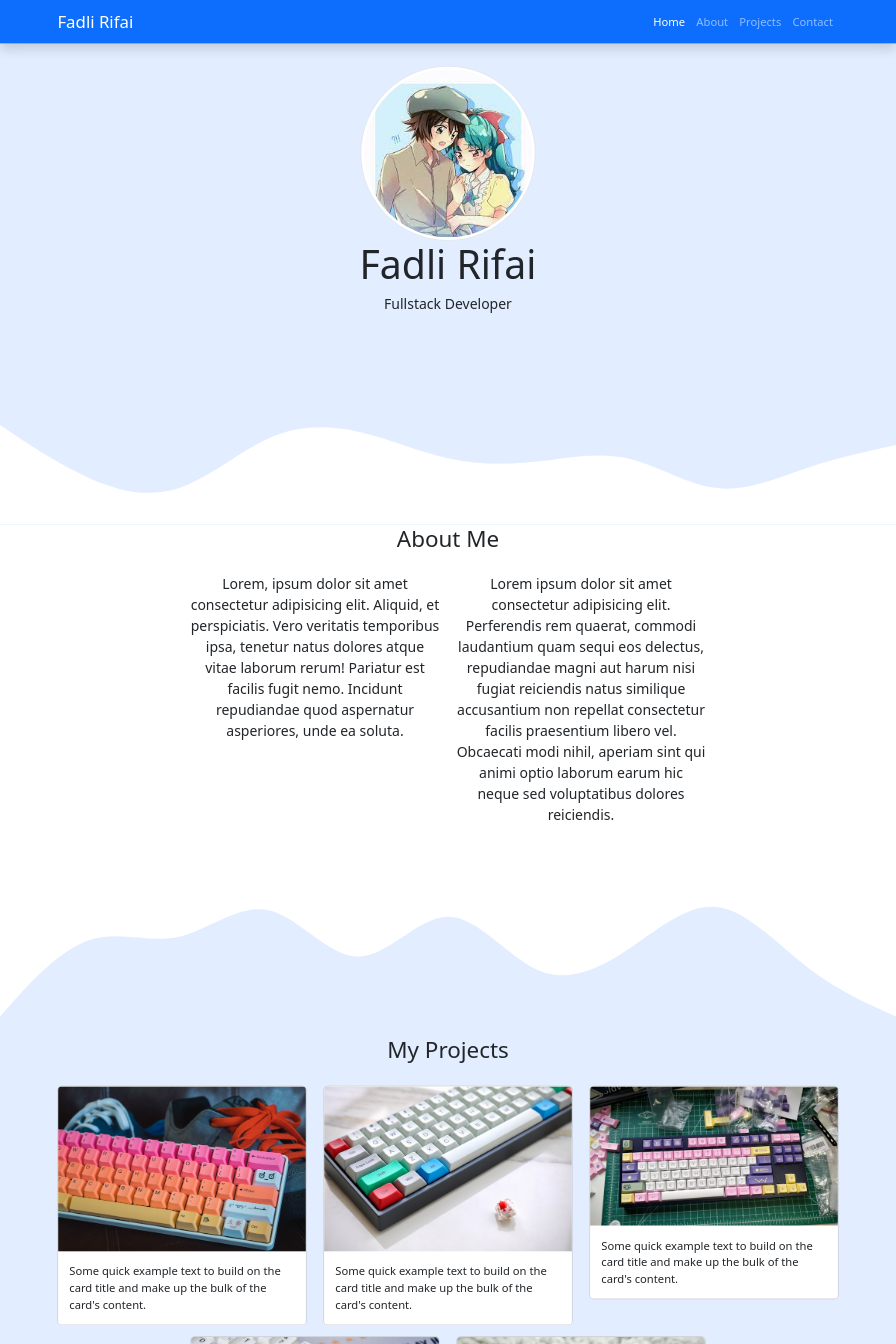
Repository: fadlyyy/fadli-dev.github.io
Page: index.html
These files come from the project's save history. The page is drawn as it stood at one moment and after the next save; the edit follows.
The browser window is 1280 px wide. The pictures show the part of the page from y = 0 to 1920 px (the page is 5000 px tall), at 70% of full size.

Above is the page before, as saved 2024-01-19 15:48:43.

After the next save:
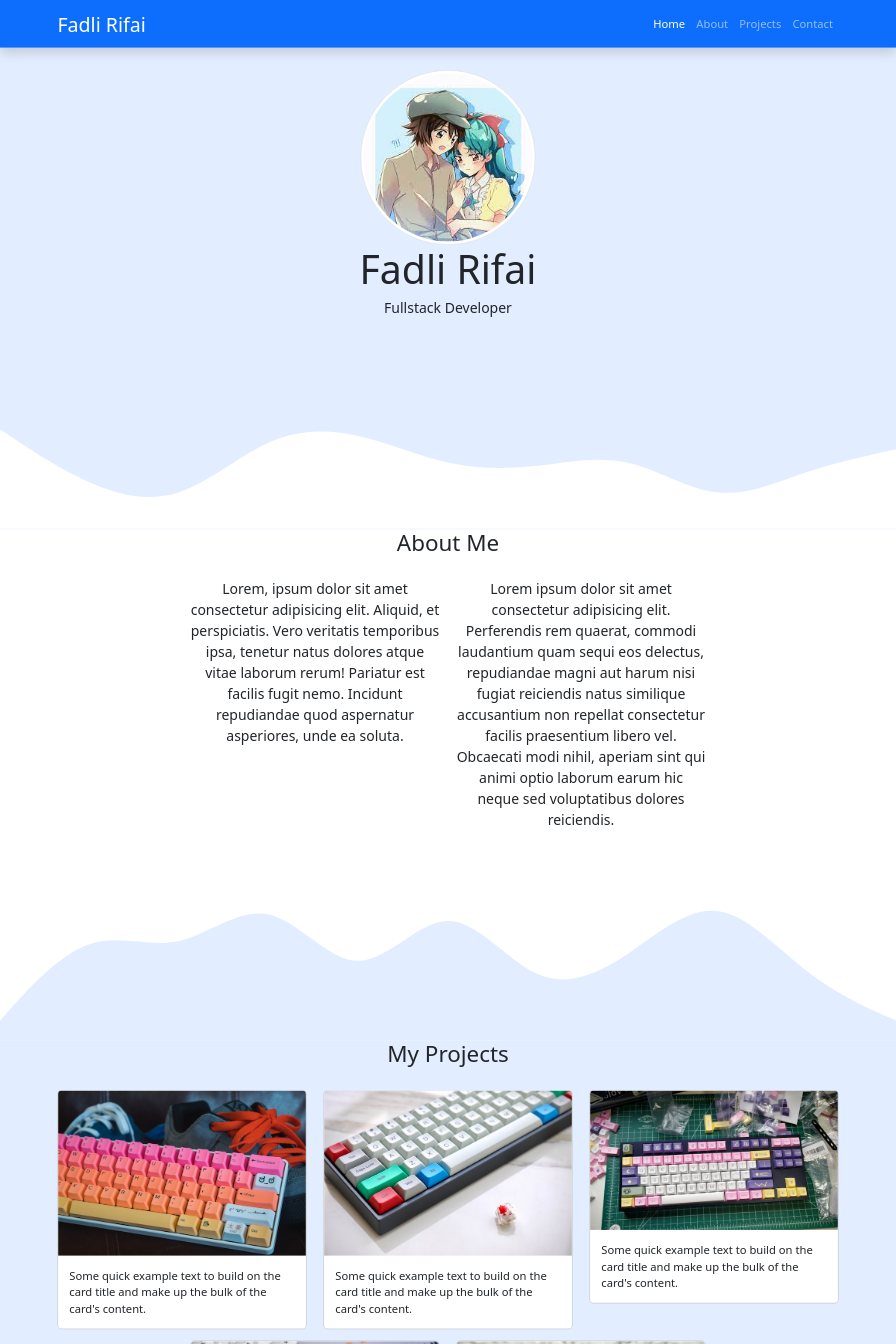
Saved 5 s later.
--- a/index.html
+++ b/index.html
@@ -11,7 +11,7 @@
     <!-- Navbar -->
     <nav class="navbar navbar-expand-lg navbar-dark bg-primary shadow">
       <div class="container">
-        <a class="navbar-brand fs-4" href="#">Fadli Rifai</a>
+        <a class="navbar-brand fs-3" href="#">Fadli Rifai</a>
         <button class="navbar-toggler" type="button" data-bs-toggle="collapse" data-bs-target="#navbarNav" aria-controls="navbarNav" aria-expanded="false" aria-label="Toggle navigation">
           <span class="navbar-toggler-icon"></span>
         </button>
